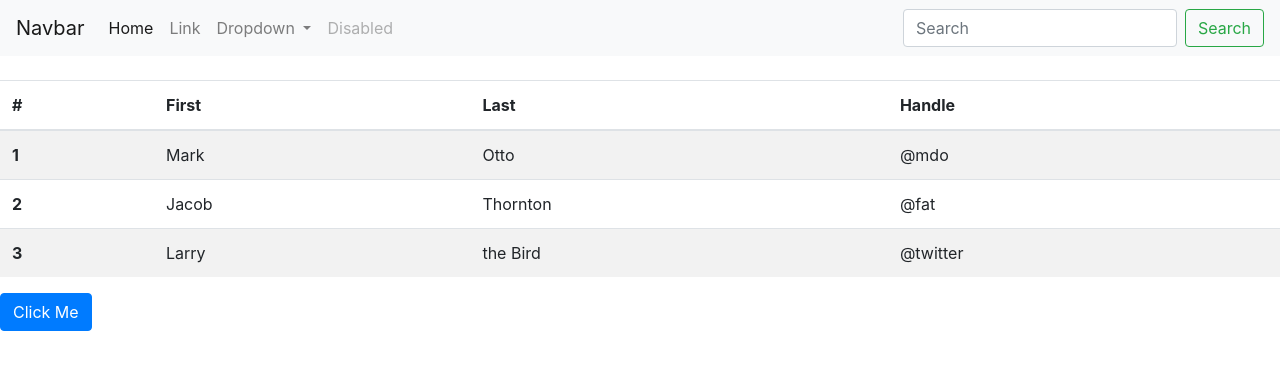
Repository: nashthecoder/vuebasics
Page: / (app in vue-app/demo/)
An editor plug-in stored every save of this project. The page is shown before and after the next save, followed by the edit.
The browser window is 1280 px wide. The pictures show the whole page.
The project was rebuilt for these pictures with package versions that can differ from the ones it lists, and the page was loaded fresh each time. Also part of the build but not shown: vue-app/demo/src/components/HelloWorld.vue.

Above is the page before, as saved 2021-01-06 19:51:48.

After the next save:
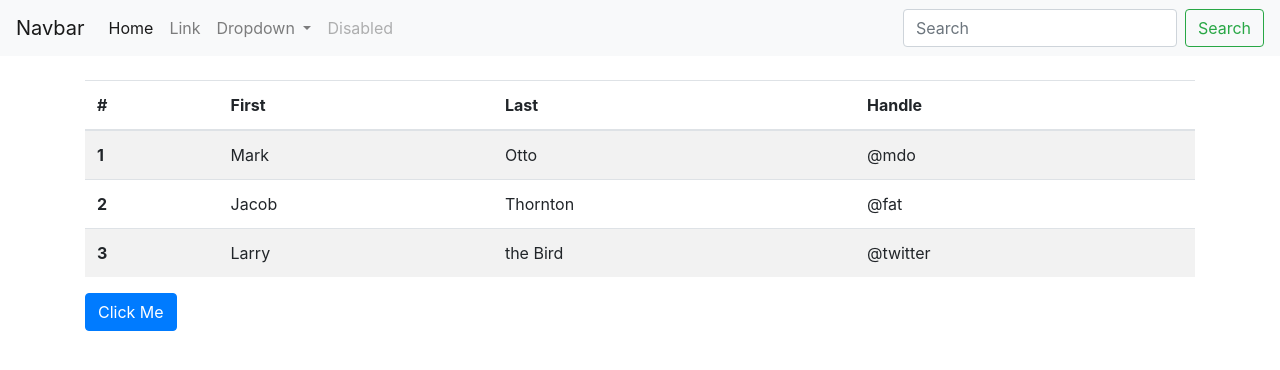
Saved 37 s later.
--- a/vue-app/demo/src/components/Posts.vue
+++ b/vue-app/demo/src/components/Posts.vue
@@ -1,5 +1,5 @@
 <template>
-  <div>
+  <div class="container">
     <table class="table table-striped mt-4">
   <thead>
     <tr>
